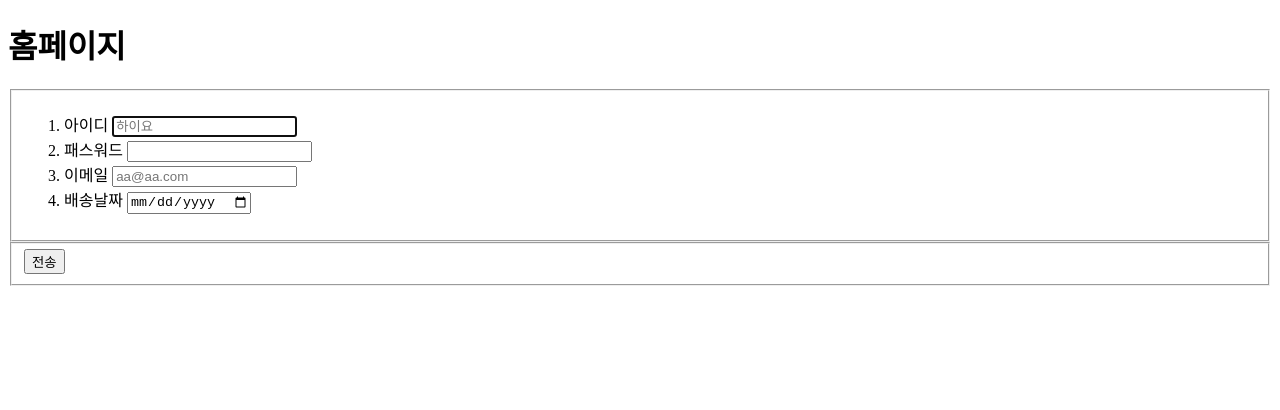
Repository: angelSuho/KCC_Learning_Repo
Page: Html/WebContent/form.html
The author's editor kept a copy of each file at every save. The page is drawn from the files as they stood at one save, then again after the next save.
The browser window is 1280 px wide. The pictures show the whole page.

Above is the page before, as saved 2024-07-08 06:10:03.

After the next save:
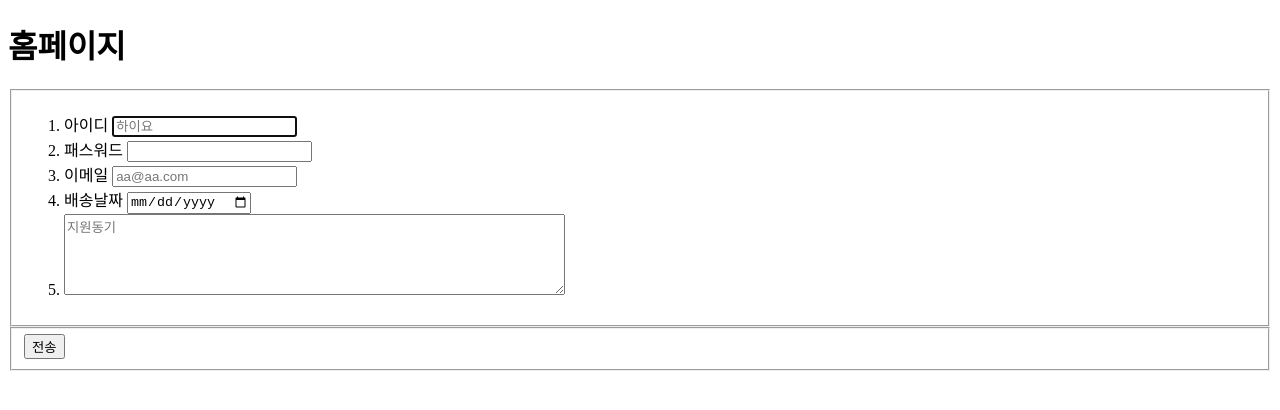
Saved 63 s later.
--- a/Html/WebContent/form.html
+++ b/Html/WebContent/form.html
@@ -26,6 +26,9 @@
 				<label>배송날짜</label>
 				<input type="date">
 			</li>
+			<li>
+				<textarea rows="5" cols="60" placeholder="지원동기"></textarea>
+			</li>
 			</ol>
 		</fieldset>
 		<fieldset>
